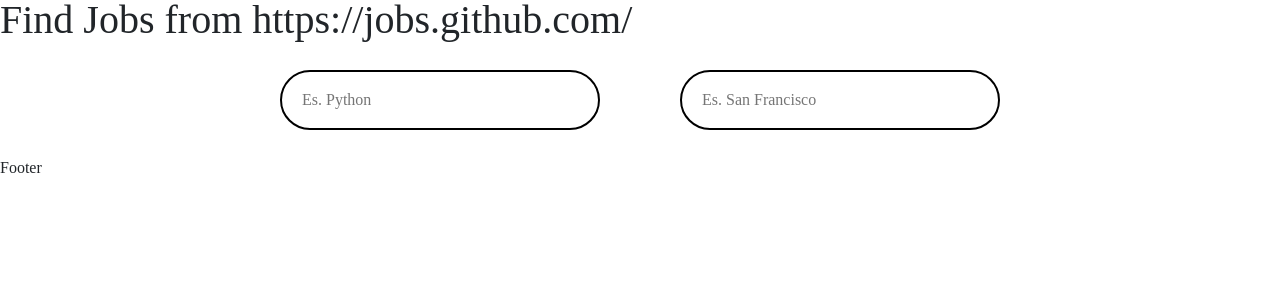
Repository: sokafootball/job-finder
Page: /
These files come from the project's save history. The page is drawn as it stood at one moment and after the next save; the edit follows.
The browser window is 1280 px wide. The pictures show the whole page.
The page's requests for data from a server got no answer. The project was rebuilt for these pictures with package versions that can differ from the ones it lists, and the page was loaded fresh each time. No one was signed in, and anything a server would have sent is missing. Also part of the build but not shown: src/components/App/App.css, src/components/Footer/Footer.css, src/components/JobCard/JobCard.css, src/components/JobCard/JobCard.js.

Above is the page before, as saved 2020-10-22 16:50:13.

After the next save:
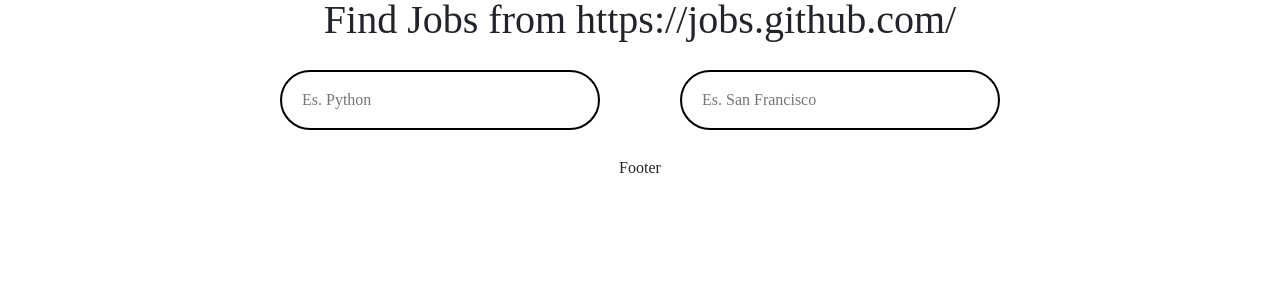
Saved 12 s later.
--- a/src/components/App/App.js
+++ b/src/components/App/App.js
@@ -6,7 +6,7 @@
 
 function App() {
   return (
-    <div style={{display:"flex", flexDirection:"column"}}>
+    <div style={{display:"flex", flexDirection:"column", alignItems:"center"}}>
       <Header />
       <MainContent />
       <Footer />
